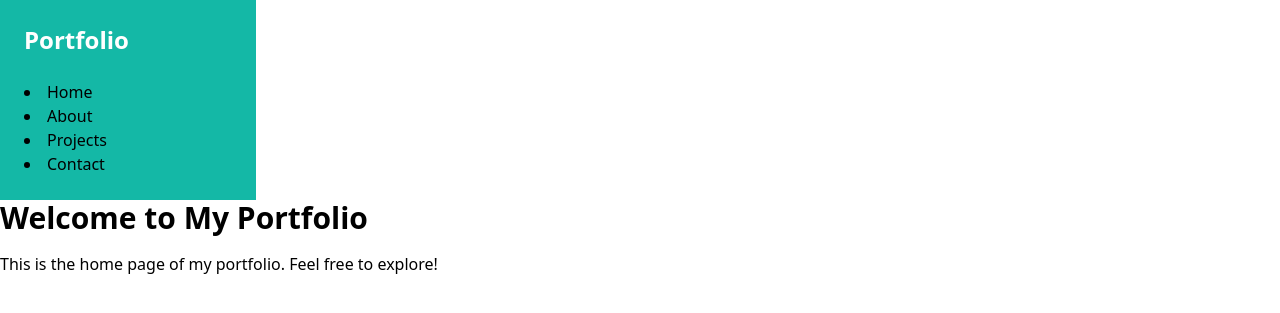
Repository: feyroozecode/feyroozecode.github.io
Page: index.html
These files come from the project's save history. The page is drawn as it stood at one moment and after a run of saves; the edit follows.
The browser window is 1280 px wide. The pictures show the whole page.
Some web libraries are served in a nearby version.

Above is the page before, as saved 2023-11-30 21:36:39.

After the next 2 saves:
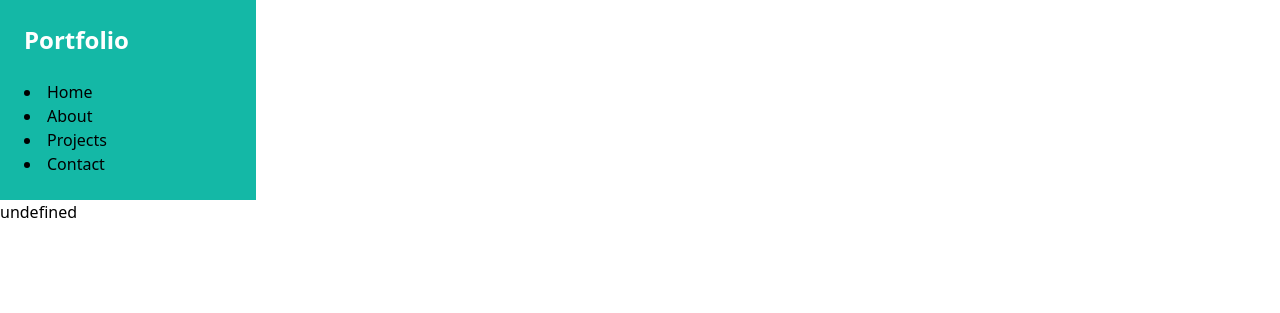
The 2 saves are shown as one change because they came seconds apart.
The last was saved 34 s later.
--- a/index.html
+++ b/index.html
@@ -110,7 +110,7 @@
   const main = `main` ;
 
   function renderHome(page) {
-    document.getElementById(main).innerHTML = home ;
+    document.getElementById(main).innerHTML = page ;
   }
 
   function renderAbout() {
